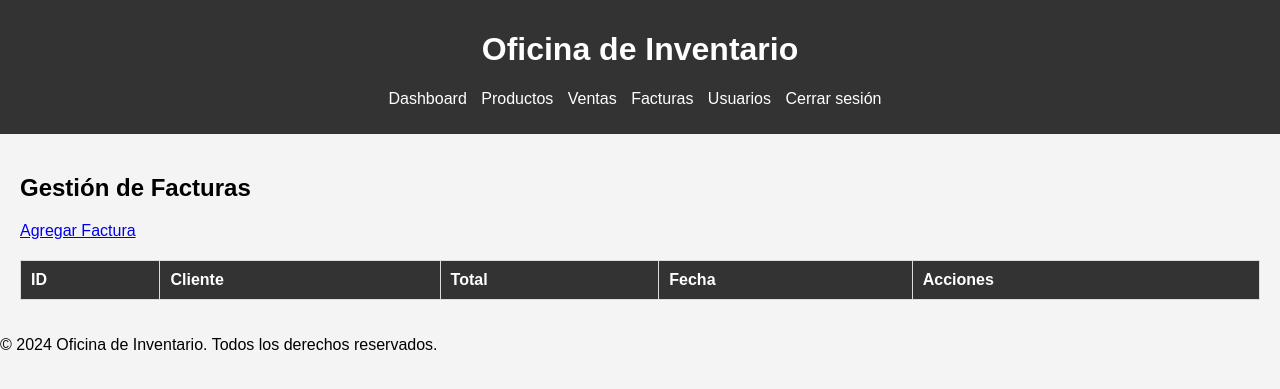
Repository: Connie75/Inventario
Page: http://localhost/views/invoices.php
The author's editor kept a copy of each file at every save. The page is drawn from the files as they stood at one save, then again after the next save.
The browser window is 1280 px wide. The pictures show the whole page.
The page is run by PHP 8.4 with error messages shown; the project is at /var/www/html/. The session is filled in as if someone had signed in: {"id": 1, "rol": "admin"}. Other server files are loaded and not shown. Queries for data that is not in the repository find no rows.

Above is the page before, as saved 2024-07-29 21:21:49.

### views/invoices.php
<!-- views/invoices.php -->
<?php
session_start();
include '../includes/header.php';
include '../includes/db.php';

// Verificar si el usuario está logueado
if (!isset($_SESSION['id'])) {
    header("Location: login.php");
    exit();
}

// Obtener lista de facturas
$result = $conn->query("SELECT facturas.*, ventas.total FROM facturas JOIN ventas ON facturas.venta_id = ventas.id");
?>

<h2>Gestión de Facturas</h2>
<a href="add_invoice.php">Agregar Factura</a>
<table>
    <thead>
        <tr>
            <th>ID</th>
            <th>Cliente</th>
            <th>Total</th>
            <th>Fecha</th>
            <th>Acciones</th>
        </tr>
    </thead>
    <tbody>
        <?php while ($row = $result->fetch_assoc()): ?>
            <tr>
                <td><?php echo $row['id']; ?></td>
                <td><?php echo $row['cliente_nombre']; ?></td>
                <td><?php echo $row['total']; ?></td>
                <td><?php echo $row['fecha']; ?></td>
                <td>
                    <a href="edit_invoice.php?id=<?php echo $row['id']; ?>">Editar</a>
                    <a href="view_invoice.php?id=<?php echo $row['id']; ?>">Ver</a>
                </td>
            </tr>
        <?php endwhile; ?>
    </tbody>
</table>


<?php $conn->close(); ?>
<?php include '../includes/footer.php'; ?>

### includes/header.php
<!-- includes/header.php -->
<!DOCTYPE html>
<html lang="es">
<head>
    <meta charset="UTF-8">
    <meta name="viewport" content="width=device-width, initial-scale=1.0">
    <title>Oficina de Inventario</title>
    <link rel="stylesheet" href="../css/styles.css">
    <script src="../js/scripts.js" defer></script>
</head>
<body>
    <header>
        <h1>Oficina de Inventario</h1>
        <nav>
            <ul>
                <li><a href="../views/dashboard.php">Dashboard</a></li>
                <li><a href="../views/products.php">Productos</a></li>
                <li><a href="../views/sales.php">Ventas</a></li>
                <li><a href="../views/invoices.php">Facturas</a></li>
                <?php if (isset($_SESSION['rol']) && $_SESSION['rol'] == 'admin'): ?>
                    <li><a href="../views/users.php">Usuarios</a></li>
                <?php endif; ?>
                <li><a href="../actions/logout.php">Cerrar sesión</a></li>
            </ul>
        </nav>
    </header>
    <main>
    <?php if (isset($_SESSION['message'])): ?>
            <div class="message <?php echo $_SESSION['message_type']; ?>">
                <?php
                    echo $_SESSION['message'];
                    unset($_SESSION['message']);
                    unset($_SESSION['message_type']);
                ?>
            </div>
        <?php endif; ?>

### includes/db.php
<?php
// db.php
$servername = "localhost";
$username = "root";
$password = "Azurro49.";
$dbname = "inventario";

// Crear conexión
$conn = new mysqli($servername, $username, $password, $dbname);

// Verificar conexión
if ($conn->connect_error) {
    die("Error en la conexión: " . $conn->connect_error);
}
?>

### includes/footer.php
<!-- includes/footer.php -->
</main>
    <footer>
        <p>&copy; 2024 Oficina de Inventario. Todos los derechos reservados.</p>
    </footer>
</body>
</html>

### CSS/Styles.css
/* css/style.css */
body {
    font-family: Arial, sans-serif;
    background-color: #f4f4f4;
    margin: 0;
    padding: 0;
}

header {
    background-color: #333;
    color: #fff;
    padding: 10px 0;
    text-align: center;
}

nav ul {
    list-style: none;
    padding: 0;
}

nav ul li {
    display: inline;
    margin-right: 10px;
}

nav ul li a {
    color: #fff;
    text-decoration: none;
}

main {
    padding: 20px;
}

table {
    width: 100%;
    border-collapse: collapse;
    margin-top: 20px;
}

table, th, td {
    border: 1px solid #ddd;
}

th, td {
    padding: 10px;
    text-align: left;
}

th {
    background-color: #333;
    color: #fff;
}

### js/Scripts.js
// js/scripts.js

document.addEventListener('DOMContentLoaded', function () {
    // Validación de formularios
    var forms = document.querySelectorAll('form');

    forms.forEach(function (form) {
        form.addEventListener('submit', function (event) {
            var inputs = form.querySelectorAll('input[required], textarea[required], select[required]');
            var valid = true;

            inputs.forEach(function (input) {
                if (!input.value) {
                    input.style.borderColor = 'red';
                    valid = false;
                } else {
                    input.style.borderColor = 'initial';
                }
            });

            if (!valid) {
                event.preventDefault();
                alert('Por favor, rellena todos los campos obligatorios.');
            }
        });
    });

    // Actualización dinámica de cantidad de productos
    var cantidadInputs = document.querySelectorAll('input[name="cantidad"]');
    var precioInputs = document.querySelectorAll('input[name="precio"]');
    var totalDisplay = document.querySelector('#total');

    cantidadInputs.forEach(function (cantidadInput) {
        cantidadInput.addEventListener('input', actualizarTotal);
    });

    precioInputs.forEach(function (precioInput) {
        precioInput.addEventListener('input', actualizarTotal);
    });

    function actualizarTotal() {
        var cantidad = parseFloat(cantidadInputs[0].value) || 0;
        var precio = parseFloat(precioInputs[0].value) || 0;
        var total = cantidad * precio;

        if (totalDisplay) {
            totalDisplay.textContent = 'Total: $' + total.toFixed(2);
        }
    }

    // Mostrar/ocultar contraseña
    var togglePassword = document.querySelector('#togglePassword');
    var passwordInput = document.querySelector('input[name="password"]');

    if (togglePassword && passwordInput) {
        togglePassword.addEventListener('click', function () {
            var type = passwordInput.getAttribute('type') === 'password' ? 'text' : 'password';
            passwordInput.setAttribute('type', type);
            this.textContent = type === 'password' ? 'Mostrar' : 'Ocultar';
        });
    }
});

After the next save:
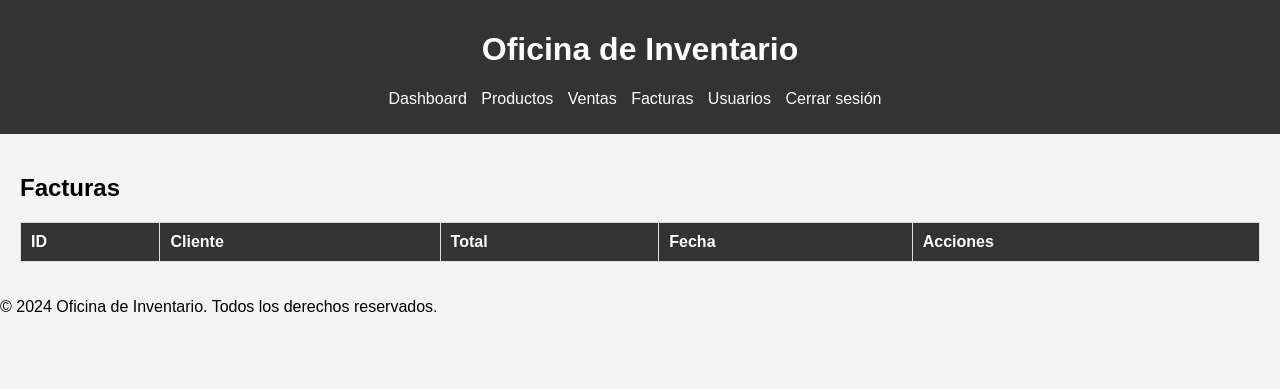
Saved 4 min 49 s later.
--- a/views/invoices.php
+++ b/views/invoices.php
@@ -1,4 +1,3 @@
-<!-- views/invoices.php -->
 <?php
 session_start();
 include '../includes/header.php';
@@ -6,42 +5,63 @@
 
 // Verificar si el usuario está logueado
 if (!isset($_SESSION['id'])) {
-    header("Location: login.php");
+    header("Location: ../login.php");
     exit();
 }
 
-// Obtener lista de facturas
-$result = $conn->query("SELECT facturas.*, ventas.total FROM facturas JOIN ventas ON facturas.venta_id = ventas.id");
+// Consulta para obtener las facturas junto con los nombres de los clientes
+$query = "
+    SELECT facturas.id, clientes.nombre AS cliente_nombre, facturas.total, facturas.fecha
+    FROM facturas
+    JOIN clientes ON facturas.cliente_id = clientes.id
+";
+$result = $conn->query($query);
+
+if (!$result) {
+    die("Error en la consulta: " . $conn->error);
+}
 ?>
 
-<h2>Gestión de Facturas</h2>
-<a href="add_invoice.php">Agregar Factura</a>
-<table>
-    <thead>
-        <tr>
-            <th>ID</th>
-            <th>Cliente</th>
-            <th>Total</th>
-            <th>Fecha</th>
-            <th>Acciones</th>
-        </tr>
-    </thead>
-    <tbody>
-        <?php while ($row = $result->fetch_assoc()): ?>
-            <tr>
-                <td><?php echo $row['id']; ?></td>
-                <td><?php echo $row['cliente_nombre']; ?></td>
-                <td><?php echo $row['total']; ?></td>
-                <td><?php echo $row['fecha']; ?></td>
-                <td>
-                    <a href="edit_invoice.php?id=<?php echo $row['id']; ?>">Editar</a>
-                    <a href="view_invoice.php?id=<?php echo $row['id']; ?>">Ver</a>
-                </td>
-            </tr>
-        <?php endwhile; ?>
-    </tbody>
-</table>
+<!DOCTYPE html>
+<html lang="es">
+<head>
+    <meta charset="UTF-8">
+    <title>Facturas</title>
+    <link rel="stylesheet" href="../styles.css">
+</head>
+<body>
+    <div class="container">
+        <h2>Facturas</h2>
+        <table>
+            <thead>
+                <tr>
+                    <th>ID</th>
+                    <th>Cliente</th>
+                    <th>Total</th>
+                    <th>Fecha</th>
+                    <th>Acciones</th>
+                </tr>
+            </thead>
+            <tbody>
+                <?php while ($row = $result->fetch_assoc()): ?>
+                    <tr>
+                        <td><?php echo $row['id']; ?></td>
+                        <td><?php echo $row['cliente_nombre']; ?></td>
+                        <td><?php echo $row['total']; ?></td>
+                        <td><?php echo $row['fecha']; ?></td>
+                        <td>
+                            <a href="edit_invoice.php?id=<?php echo $row['id']; ?>">Editar</a>
+                            <a href="view_invoice.php?id=<?php echo $row['id']; ?>">Ver</a>
+                        </td>
+                    </tr>
+                <?php endwhile; ?>
+            </tbody>
+        </table>
+    </div>
+</body>
+</html>
 
-
-<?php $conn->close(); ?>
-<?php include '../includes/footer.php'; ?>
+<?php
+$conn->close();
+include '../includes/footer.php';
+?>

After the save that followed:
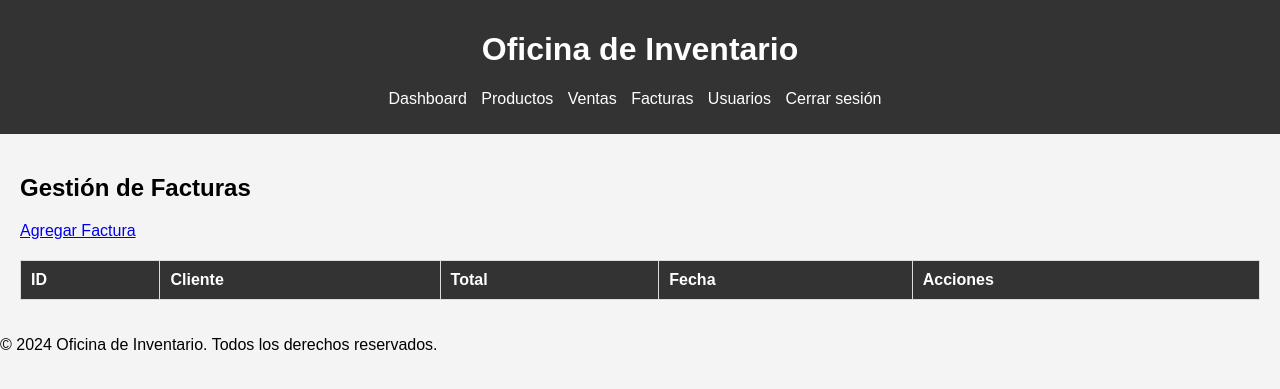
Saved 5 s later.
--- a/views/invoices.php
+++ b/views/invoices.php
@@ -1,3 +1,4 @@
+<!-- views/invoices.php -->
 <?php
 session_start();
 include '../includes/header.php';
@@ -5,63 +6,42 @@
 
 // Verificar si el usuario está logueado
 if (!isset($_SESSION['id'])) {
-    header("Location: ../login.php");
+    header("Location: login.php");
     exit();
 }
 
-// Consulta para obtener las facturas junto con los nombres de los clientes
-$query = "
-    SELECT facturas.id, clientes.nombre AS cliente_nombre, facturas.total, facturas.fecha
-    FROM facturas
-    JOIN clientes ON facturas.cliente_id = clientes.id
-";
-$result = $conn->query($query);
-
-if (!$result) {
-    die("Error en la consulta: " . $conn->error);
-}
+// Obtener lista de facturas
+$result = $conn->query("SELECT facturas.*, ventas.total FROM facturas JOIN ventas ON facturas.venta_id = ventas.id");
 ?>
 
-<!DOCTYPE html>
-<html lang="es">
-<head>
-    <meta charset="UTF-8">
-    <title>Facturas</title>
-    <link rel="stylesheet" href="../styles.css">
-</head>
-<body>
-    <div class="container">
-        <h2>Facturas</h2>
-        <table>
-            <thead>
-                <tr>
-                    <th>ID</th>
-                    <th>Cliente</th>
-                    <th>Total</th>
-                    <th>Fecha</th>
-                    <th>Acciones</th>
-                </tr>
-            </thead>
-            <tbody>
-                <?php while ($row = $result->fetch_assoc()): ?>
-                    <tr>
-                        <td><?php echo $row['id']; ?></td>
-                        <td><?php echo $row['cliente_nombre']; ?></td>
-                        <td><?php echo $row['total']; ?></td>
-                        <td><?php echo $row['fecha']; ?></td>
-                        <td>
-                            <a href="edit_invoice.php?id=<?php echo $row['id']; ?>">Editar</a>
-                            <a href="view_invoice.php?id=<?php echo $row['id']; ?>">Ver</a>
-                        </td>
-                    </tr>
-                <?php endwhile; ?>
-            </tbody>
-        </table>
-    </div>
-</body>
-</html>
+<h2>Gestión de Facturas</h2>
+<a href="add_invoice.php">Agregar Factura</a>
+<table>
+    <thead>
+        <tr>
+            <th>ID</th>
+            <th>Cliente</th>
+            <th>Total</th>
+            <th>Fecha</th>
+            <th>Acciones</th>
+        </tr>
+    </thead>
+    <tbody>
+        <?php while ($row = $result->fetch_assoc()): ?>
+            <tr>
+                <td><?php echo $row['id']; ?></td>
+                <td><?php echo $row['cliente_nombre']; ?></td>
+                <td><?php echo $row['total']; ?></td>
+                <td><?php echo $row['fecha']; ?></td>
+                <td>
+                    <a href="edit_invoice.php?id=<?php echo $row['id']; ?>">Editar</a>
+                    <a href="view_invoice.php?id=<?php echo $row['id']; ?>">Ver</a>
+                </td>
+            </tr>
+        <?php endwhile; ?>
+    </tbody>
+</table>
 
-<?php
-$conn->close();
-include '../includes/footer.php';
-?>
+
+<?php $conn->close(); ?>
+<?php include '../includes/footer.php'; ?>
